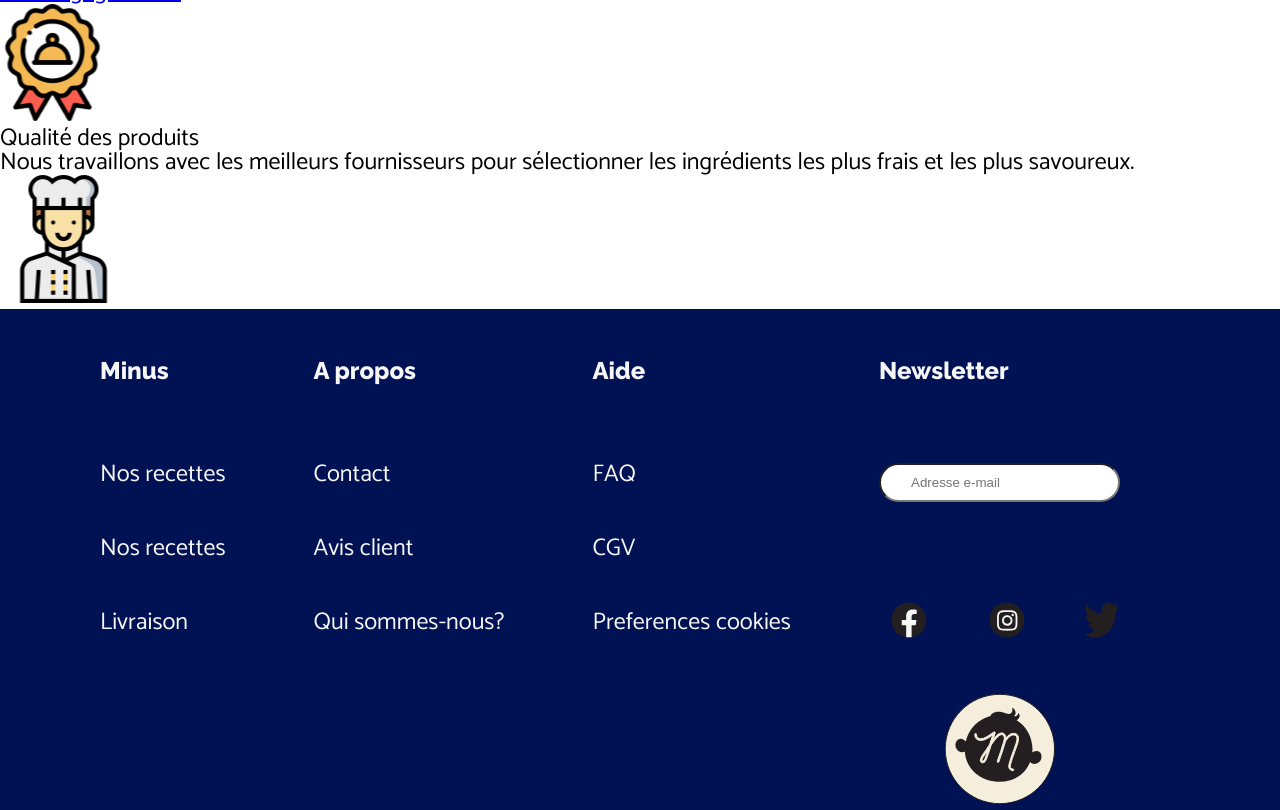
Repository: minus-team7/minus_team7
Page: minus_homepage.html
These files come from the project's save history. The page is drawn as it stood at one moment and after a run of saves; the edit follows.
The browser window is 1280 px wide. The pictures show the part of the page from y = 326 to 1184 px (the page is 1136 px tall before and 1184 px after).
A picture or video elsewhere on the page could not be fetched, so the positions and the page height are approximate.

Above is the page before, as saved 2023-02-12 22:14:34.

After the next 2 saves:
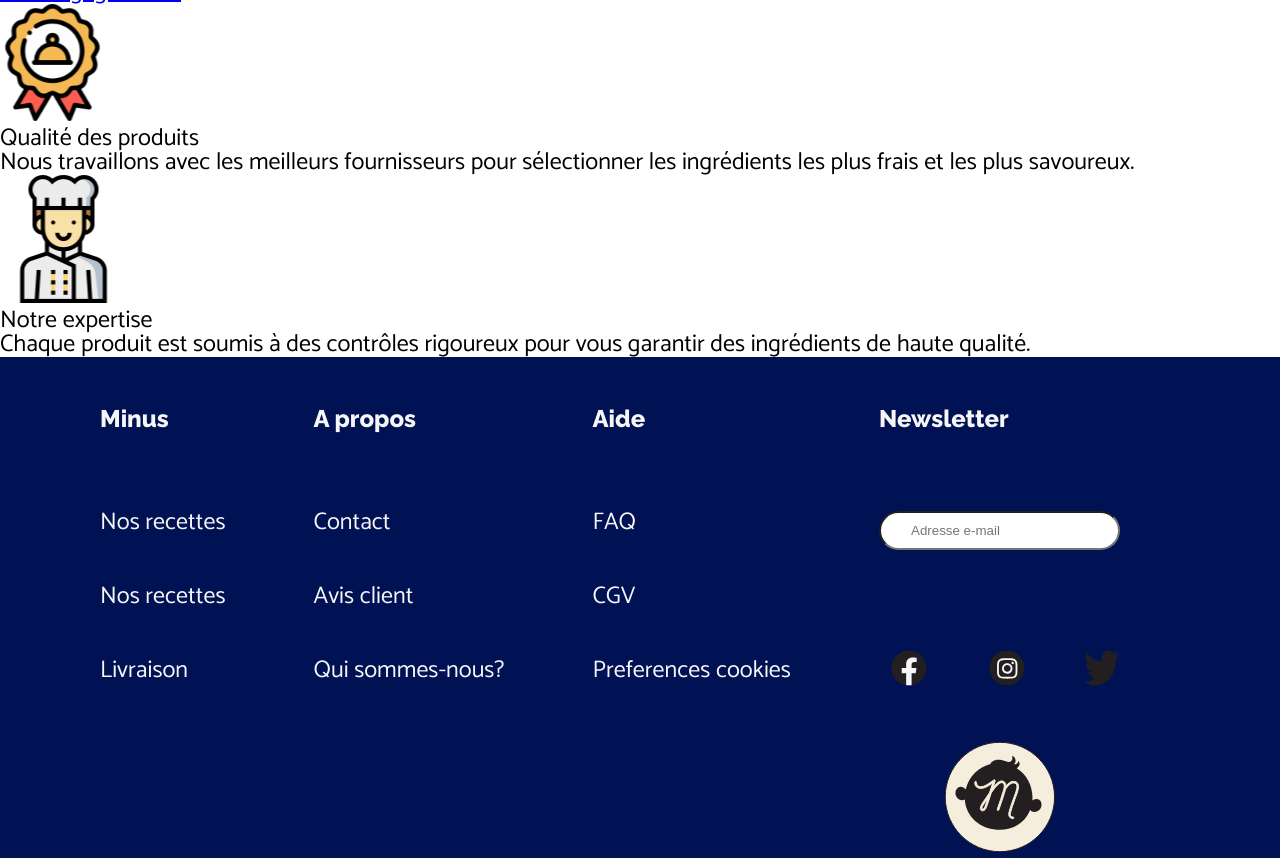
The 2 saves are shown as one change because they came seconds apart.
The last was saved 6 s later.
--- a/minus_homepage.html
+++ b/minus_homepage.html
@@ -29,7 +29,8 @@
         </div>
         <div class="engagement">
             <img src="/assets/icone_notreexpertise_chef.svg" alt="icone_notreexpertise_chef">
-            <h2></h2>
+            <h2>Notre expertise</h2>
+            <p>Chaque produit est soumis à des contrôles rigoureux pour vous garantir des ingrédients de haute qualité.</p>
 
         </div>
 
